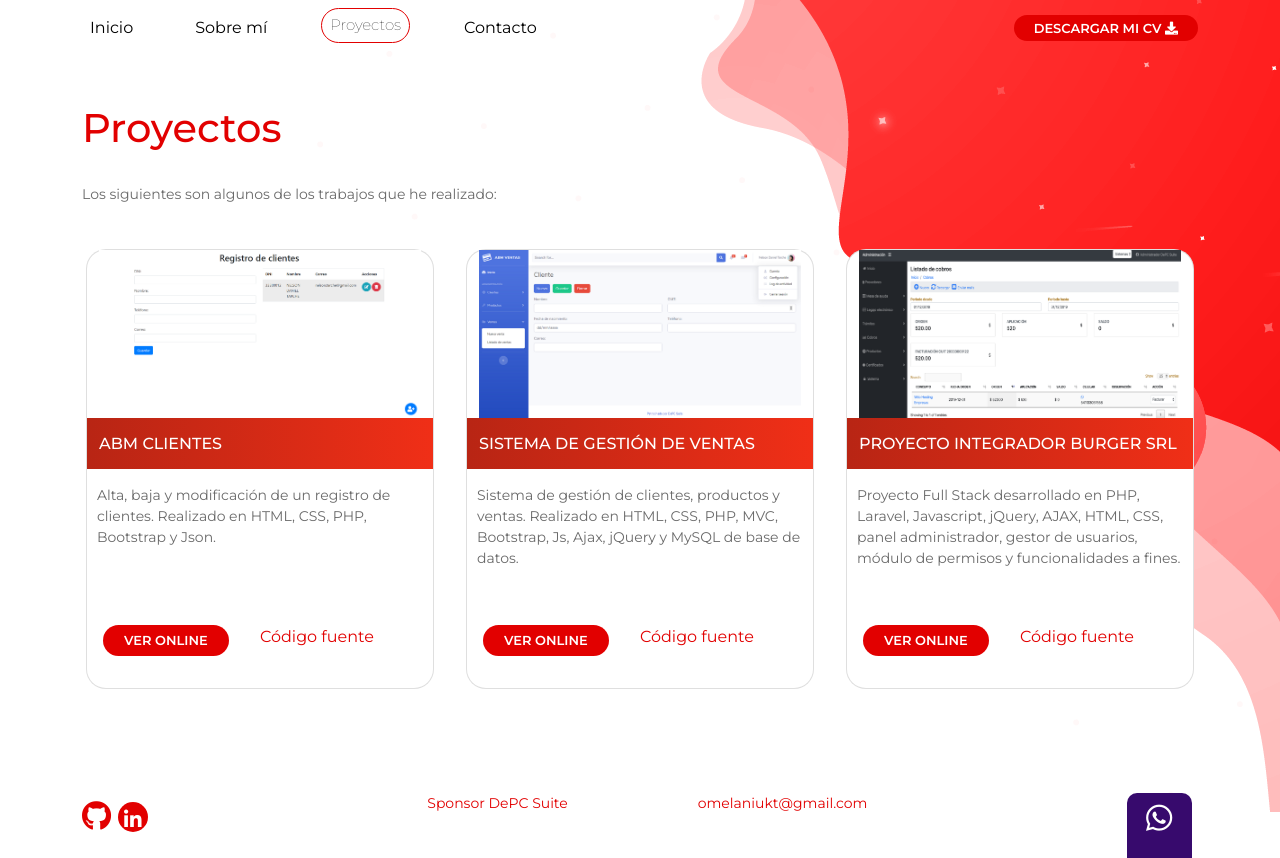
Repository: tamara-o1995/Portafolio
Page: http://localhost/php/proyectos.php
The author's editor kept a copy of each file at every save. The page is drawn from the files as they stood at one save, then again after the next save.
The browser window is 1280 px wide. The pictures show the whole page.
The page is run by PHP 8.4 with error messages shown; the project is at /var/www/html/.

Above is the page before, as saved 2021-09-29 16:13:06.

### proyectos.php

<!DOCTYPE html>
<html lang="es">

<head>
    <meta charset="UTF-8">
    <meta http-equiv="X-UA-Compatible" content="IE=edge">
    <meta name="viewport" content="width=device-width, initial-scale=1.0">
    <title>Proyectos</title>
    <link rel="stylesheet" href="css/bootstrap.min.css">
    <link rel="styesheet" href="css/fontawesome/css/all.min.css">
    <link rel="stylesheet" href="css/fontawesome/css/">
    <link rel="stylesheet" href="https://use.fontawesome.com/releases/v5.15.2/css/all.css" integrity="sha384-vSIIfh2YWi9wW0r9iZe7RJPrKwp6bG+s9QZMoITbCckVJqGCCRhc+ccxNcdpHuYu" crossorigin="anonymous">
    <link href="https://fonts.googleapis.com/css?family=Montserrat:100,200,300,400,500,600,700,800,900&display=swap" rel="stylesheet">
    <link rel="stylesheet" href="css/estilos.css">
    <script src="js/bootstrap.bundle.min.js"></script>
</head>

<body class="img-fondo-b">
    <header>
        <div class="container">
            <?php
                $pg = "proyectos";
                include_once("menu.php");
            ?>
        </div>
    </header>
    <main>
        <div class="container">
            <div class="row">
                <div class="col-12 mt-sm-5 titulo">
                    <h1>Proyectos</h1>
                </div>
            </div>
            <div class="row">
                <div class="col-sm-6 col-12 my-4">
                    <p>Los siguientes son algunos de los trabajos que he realizado:</p>
                </div>
            </div>
            <div class="row">
                <div class="pro col-sm-4 col-12">
                    <div class="pro row card m-1">
                        <img class="img-fluid" src="images/abmclientes.png" alt="ABM Clientes" title="ABM Clientes">
                        <div class="col-12 color-gradiente py-3">
                            <h2>ABM Clientes</h2>
                        </div>
                        <div class="texto col-12 py-3">
                            <p>Alta, baja y modificación de un registro de clientes. Realizado en HTML, CSS, PHP, Bootstrap y Json.</p>
                        </div>
                        <div class="row p-3 pb-0">
                            <div class="col-6">
                                <a href="http://localhost/php/abmclientes/index.php" class="btn text-white btn-rojo" target="_blank">Ver online</a>
                            </div>
                            <div class="col-6">
                                <a href="https://github.com/tamara-o1995/php/tree/master/abmclientes" class="link-rojo" target="_blank">Código fuente</a>
                            </div>
                        </div>
                    </div>
                </div>
                <div class="col-sm-4 col-12">
                    <div class="pro row card m-1">
                        <img class="img-fluid" src="images/abmventas.png" alt="Sistema de Gestión de Ventas" title="Sistema de Gestión de Ventas">
                        <div class="col-12 color-gradiente py-3">
                            <h2>Sistema de gestión de ventas</h2>
                        </div>
                        <div class="texto col-12 py-3">
                            <p>Sistema de gestión de clientes, productos y ventas. Realizado en HTML, CSS, PHP, MVC, Bootstrap, Js, Ajax, jQuery y MySQL de base de datos.</p>
                        </div>
                        <div class="row p-3 pb-0">
                            <div class="col-6">
                                <a href="http://localhost/php/login/login.php" class="btn text-white btn-rojo" target="_blank">Ver online</a>
                            </div>
                            <div class="col-6">
                                <a href="https://github.com/tamara-o1995/login" class="link-rojo" target="_blank">Código fuente</a>
                            </div>
                        </div>
                    </div>
                </div>
                <div class="col-sm-4 col-12">
                    <div class="pro row card m-1">
                        <img class="img-fluid" src="images/sistema-admin.png" alt="Proyecto" title="Proyecto">
                        <div class="col-12 color-gradiente py-3">
                            <h2>Proyecto integrador Burger SRL</h2>
                        </div>
                        <div class="texto col-12 py-3">
                            <p>Proyecto Full Stack desarrollado en PHP, Laravel, Javascript, jQuery, AJAX, HTML, CSS, panel administrador, gestor de usuarios, módulo de permisos y funcionalidades a fines.</p>
                        </div>
                        <div class="row p-3 pb-0">
                            <div class="col-6">
                                <a href="http://127.0.0.1:8000" class="btn text-white btn-rojo" target="_blank">Ver online</a>
                            </div>
                            <div class="col-6">
                                <a href="https://github.com/tamara-o1995?tab=repositories" class="link-rojo" target="_blank">Código fuente</a>
                            </div>
                        </div>
                    </div>
                </div>

            </div>

        </div>
    </main>
    <?php
    $fo = "footer-b";
    include_once("footer.php");
    ?>
</body>

</html>

### menu.php
<nav class="navbar navbar-expand-md px-0">
    <button class="navbar-toggler mb-1 btn-menu" type="button" data-bs-toggle="collapse" data-bs-target="#navbarsExampleDefault" aria-controls="navbarsExampleDefault" aria-expanded="false" aria-label="Toggle navigation">
        <span class="navbar-toggler-icon mt-1"><i class="fas fa-bars"></i></span>
    </button>
    <div class="col-12 justify-content-between collapse navbar-collapse" id="navbarsExampleDefault">
        <ul class="i-s-p-c navbar-nav mr-auto text-center div-menu">
            <li class="nav-item pr-5">
                <a class="nav-link <?php echo $pg == "inicio" ? "active" : " "; ?>" href="index.php">Inicio</a>
            </li>
            <li class="nav-item pr-5">
                <a class="nav-link <?php echo $pg == "sobre-mi" ? "active" : " "; ?>" href="sobre-mi.php">Sobre mí</a>
            </li>
            <li class="nav-item pr-5">
                <a class="nav-link <?php echo $pg == "proyectos" ? "active" : " "; ?>" href="proyectos.php">Proyectos</a>
            </li>
            <li class="nav-item pr-5">
                <a class="nav-link <?php echo $pg == "contacto" ? "active" : " "; ?>" href="contacto.php">Contacto</a>
            </li>
        </ul>
        <div class="form-inline my-2 my-lg-0 div-menu">
            <a href="css/Tamara Omelaniuk C.V..pdf" class="btn-cv text-white">Descargar mi CV <i class="fas fa-download"></i></a>
        </div>
    </div>
</nav>

### footer.php
<footer>
        <div class="container <?php echo $fo;?>">
            <div class="row mt-3">
                <div class="col-sm-3 col-12 text-sm-left pb-sm-0 pb-3 iconos">
                    <a href="https://github.com/tamara-o1995" target="_blank" title="Github"><i class="fab fa-github"></i></a>
                    <a href="https://www.linkedin.com/in/tamara-omelaniuk-4942781ba/" target="_blank" title="Linkedin"><i class="fab fa-linkedin-in"></i></a>
                </div>
                <div class="col-sm-3 col-12 text-sm-left text-center pb-sm-0 pb-3">
                    Sponsor <a href="https://depcsuite.com" target="_blank" title="DEPCSUITE">DePC Suite</a>
                </div>
                <div class="col-sm-3 col-12 text-sm-left text-center pb-sm-0 pb-3">
                    <a href="mailto:info@depcsuite.com">omelaniukt@gmail.com</a>
                </div>
                <div class="col-sm-3 col-12 text-right wapp">
                    <a href="https://api.whatsapp.com/send?phone=542494466495" title="Whatsapp"><i class="fab fa-whatsapp"></i></a>
                </div>

            </div>
        </div>
</footer>

### css/estilos.css
/*general*/

body {
    font-family: 'Montserrat', sans-serif;
}

.img-fondo-a {
    background-image: url("../images/fondo-a.png");
    background-repeat: no-repeat;
    background-size: 109%;
}

.img-fondo-b {
    background-image: url("../images/fondo-b.png");
    background-repeat: no-repeat;
    background-size: 100%;
    height: 850px;
}

.texto {
    height: 140px;
    width: 345px;
    padding: 10px;
}

.pro {
    height: 440px;
}

p {
    color: #6A6A6A;
    font-size: 14px;
}

h1,
.link-rojo {
    color: #E20000;
}

h2 {
    font-size: 16px;
    text-transform: uppercase;
    color: white;
    padding: 0px;
    margin: 0px;
}

#tecnologias h2:first-letter {
    text-transform: uppercase;
}

#tecnologias h2:not(first-letter) {
    text-transform: lowercase;
}

h3 {
    font-size: 14px;
    color: #282828;
    font-weight: 300;
    margin-top: 50px;
}

.experiencia h3,
.estudios h3 {
    font-size: 20px;
    color: gray;
    font-weight: 800;
    margin-top: 0px;
    margin-bottom: 0px;
}

.experiencia h4,
.estudios h4 {
    font-size: 18px;
    font-weight: 700;
}

.experiencia h4 {
    color: #370A6D;
}

.estudios h4 {
    color: #E20000;
}

.experiencia h5,
.estudios h5 {
    font-size: 14px;
    color: gray;
}

.experiencia p,
.estudios p {
    font-size: 13px;
}

.card {
    border-radius: 20px;
}

.color-gradiente {
    background: linear-gradient(90deg, rgba(184, 37, 20, 1) 0%, rgba(240, 47, 23, 1) 100%);
}


/*general*/


/*contacto-sobremi-proyectos-index*/

.nav-link {
    color: black;
    /* margin-left: 23px; */
    margin-right: 46px;
}

a.nav-link {
    color: black;
}

.nav-link:hover {
    text-decoration: none;
}

.active {
    color: rgba(0, 0, 0, 0.904);
    border: 1px solid #E20000;
    font-size: 15px;
    border-radius: 20px;
    padding: 5px 20px;
    font-weight: 100;
    text-align: center;
}

.conocer-proyectos {
    background-color: white;
    color: #370A6D;
    font-size: 15px;
    border-radius: 20px;
    padding: 5px 20px;
    font-weight: bold;
    text-transform: uppercase! important;
}

.conocer-proyectos:hover {
    color: white;
    background-color: #370A6D;
    text-decoration: none;
}

.btn,
.btn-cv,
.btn-desc-cv {
    background-color: #E20000;
    font-size: 13px;
    border-radius: 20px;
    padding: 5px 20px;
    font-weight: 600;
    text-transform: uppercase! important;
}

.experiencia .btn {
    background-color: #370A6D;
}

.btn:hover {
    background-color: #370A6D;
    text-decoration: none;
}

.experiencia .btn:hover {
    background-color: #E20000;
    text-decoration: none;
}


/*contacto-sobremi-proyectos-index*/

.boton:not(:disabled):not(.disabled) {
    cursor: pointer;
}


/*formulario*/

input,
textarea {
    border-radius: 15px !important;
    border: 0px !important;
}

textarea {
    height: 150px !important;
    resize: none;
}

button {
    color: white;
    background-color: white;
    border-radius: 30px;
    font-size: 20px;
    float: right;
    padding: 12px 50px 12px 50px;
    font: bold;
    font-size: 20px;
}

.btn-enviar {
    background-color: #FFFFFF;
    color: #370A6D;
    font-weight: 500;
    font-size: 16px;
    border-radius: 20px;
    padding: 6px 39px;
    border: none;
}

.btn-enviar:hover {
    background-color: #370A6D;
    color: white;
}


/*formulario*/


/*footer*/

.footer-a,
.footer-b {
    margin-top: 100px;
}

.footer-a,
.footer-a a {
    color: white;
    font-size: 14px;
}

.footer-b,
.footer-b a {
    color: #E20000;
    font-size: 14px;
}

.fa-github {
    font-size: 30px;
    height: 32px;
    width: 32px;
    padding: 8px 0 0 0;
}

.footer-a .fa-github {
    color: white;
}

.footer-b .fa-github {
    color: #E20000;
}

.fa-linkedin-in {
    font-size: 20px;
    height: 30px;
    width: 30px;
    text-align: center;
    padding-top: 8px;
    border-radius: 80px;
    margin-bottom: 8px;
}

.footer-a .fa-linkedin-in {
    color: #E20000;
    background-color: white;
}

.footer-b .fa-linkedin-in {
    color: white;
    background-color: #E20000;
}

footer .fa-whatsapp {
    margin-left: 190px;
    bottom: 0px;
    color: white;
    background-color: #370A6D;
    font-size: 30px;
    padding: 10px 19px;
    border-radius: 10px 10px 0 0;
    height: 65px;
    width: 65px;
}

.card-idioma {
    border-radius: 17px;
    margin-left: 1px;
    margin-right: 1px;
}

.card-idioma .card {
    background-color: #370A6D;
    color: white;
    font-size: 80px;
    height: 150px;
    width: 150px;
}

.card-idioma h2 {
    color: rgba(0, 0, 0, 0.904);
    font-weight: bold;
}

.exp h2,
.est h2 {
    text-transform: none;
    font-size: 20px;
    font-weight: bold;
}

.exp h2 {
    color: #370A6D;
}

.est h2 {
    color: #E20000;
}

.exp .fas,
.est .fas {
    font-size: 55px;
}

a {
    text-decoration: none;
}

a:hover {
    text-decoration: underline;
}


/*footer*/

.img-fondo-a .div-cohete {
    height: 410px;
}

.img-fondo-a .cohete {
    height: 400px;
}

.img-fondo-a .cohete:hover {
    height: 410px;
}

.img-fondo-a .presentacion p {
    color: white;
    font-size: 17px;
    border: 1px solid white;
    border-radius: 50px;
    font-weight: 600;
}

.p-1 {
    padding: .25rem!important;
}

.tamara {
    font-weight: bold;
    text-decoration: underline;
    color: white;
}

.div-foto-cv {
    margin-left: 100px;
}

.foto-cv {
    height: 350px;
    width: 350px;
    display: block;
    background-color: #fff;
    border-radius: 50%;
}

.img-fluid {
    max-width: 100%;
    vertical-align: middle;
    border-style: none;
}

.desc-cv {
    color: white;
    font-size: 15px;
    border-radius: 20px;
    /* padding: 10px 15px; */
    font-weight: 100;
}


/* .desc-cv:hover {
        color: white;
        font-size: 15px;
        border-radius: 20px;
        padding: 5px 20px;
        font-weight: 100;
    } */

.experiencia,
.estudios {
    border-radius: 17px;
    width: 550px;
}

@media only screen and (max-width: 700px) {
    .btn-menu {
        border: solid 1px #E20000;
        color: #E20000;
        height: 35px;
        width: 35px;
        padding: 2px;
    }
    nav .active {
        color: white;
        border: 1px solid white;
    }
    .img-fondo-a {
        background-repeat: round;
        background-size: 450%;
    }
    .div-menu,
    .text-right,
    .iconos,
    .titulo,
    .wapp {
        display: flex;
        justify-content: center;
    }
    .nav-link {
        margin: 0;
    }
    nav .active {
        color: black;
        border: 1px solid #E20000;
    }
    .fab {
        margin: 0;
        padding: 0;
    }
    .fa-linkedin-in {
        padding-top: 6px;
    }
    .img-fondo-a .presentacion p {
        color: #370A6D;
        border: 1px solid #370A6D;
    }
    footer .fa-whatsapp {
        margin: 0;
    }
    .btn {
        background-color: #E20000;
        font-size: 13px;
        border-radius: 20px;
        padding: 5px 20px;
        font-weight: 600;
        text-transform: uppercase! important;
        margin-top: -30px;
    }
    .btn-desc-cv {
        background-color: #E20000;
        font-size: 13px;
        border-radius: 20px;
        padding: 5px 20px;
        font-weight: 600;
        text-transform: uppercase! important;
        margin-left: 115px;
        margin-top: -30px;
    }
    .foto-cv {
        height: 300px;
        width: 300px;
        display: block;
        background-color: #fff;
        border-radius: 50%;
        margin-left: -80px;
        margin-top: -100px;
        padding-bottom: 20px;
    }
    .shadow {
        box-shadow: none! important;
    }
}

Loaded but not shown: css/bootstrap.min.css (library); js/bootstrap.bundle.min.js (library)

After the next save:
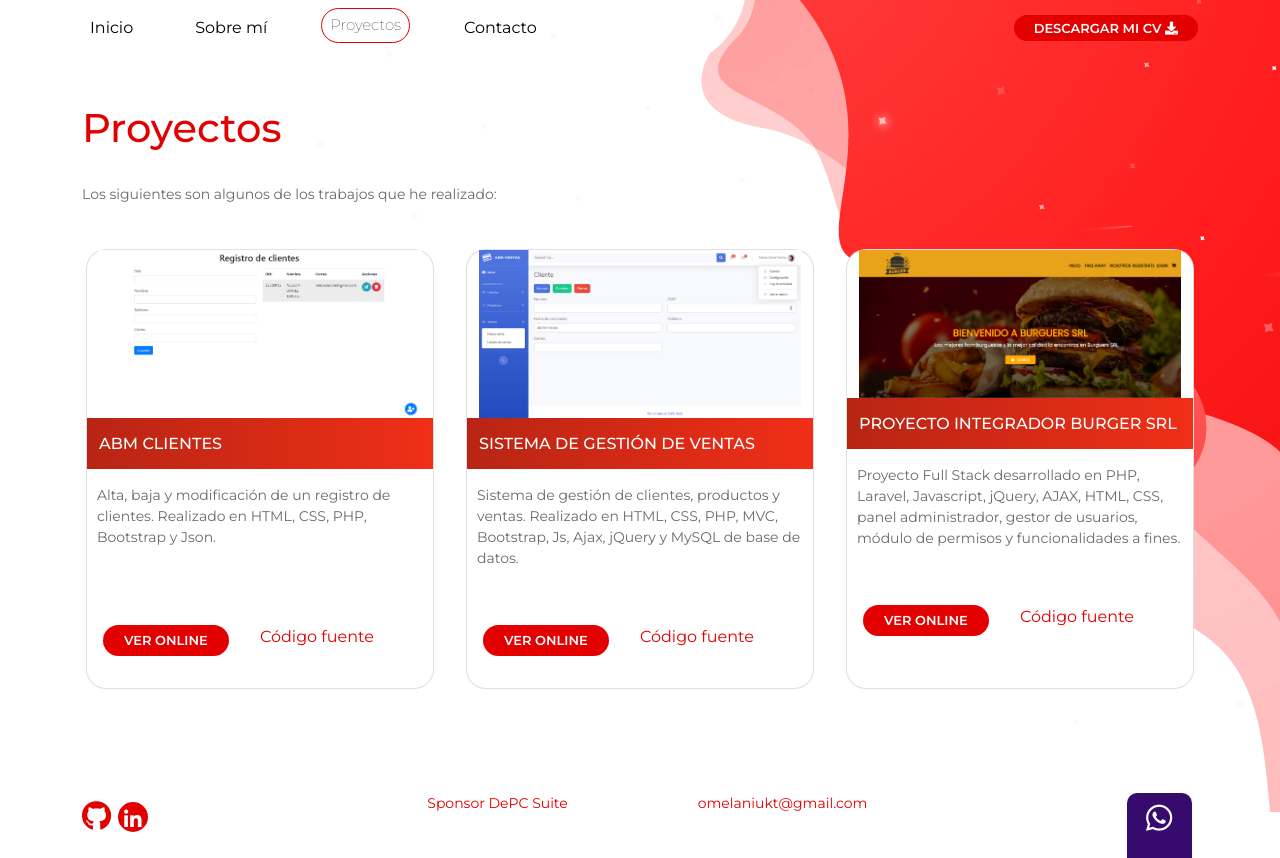
Saved 7 min 56 s later.
--- a/proyectos.php
+++ b/proyectos.php
@@ -78,7 +78,7 @@
                 </div>
                 <div class="col-sm-4 col-12">
                     <div class="pro row card m-1">
-                        <img class="img-fluid" src="images/sistema-admin.png" alt="Proyecto" title="Proyecto">
+                        <img class="img-fluid" src="images/Captura.PNG" alt="Proyecto" title="Proyecto">
                         <div class="col-12 color-gradiente py-3">
                             <h2>Proyecto integrador Burger SRL</h2>
                         </div>
